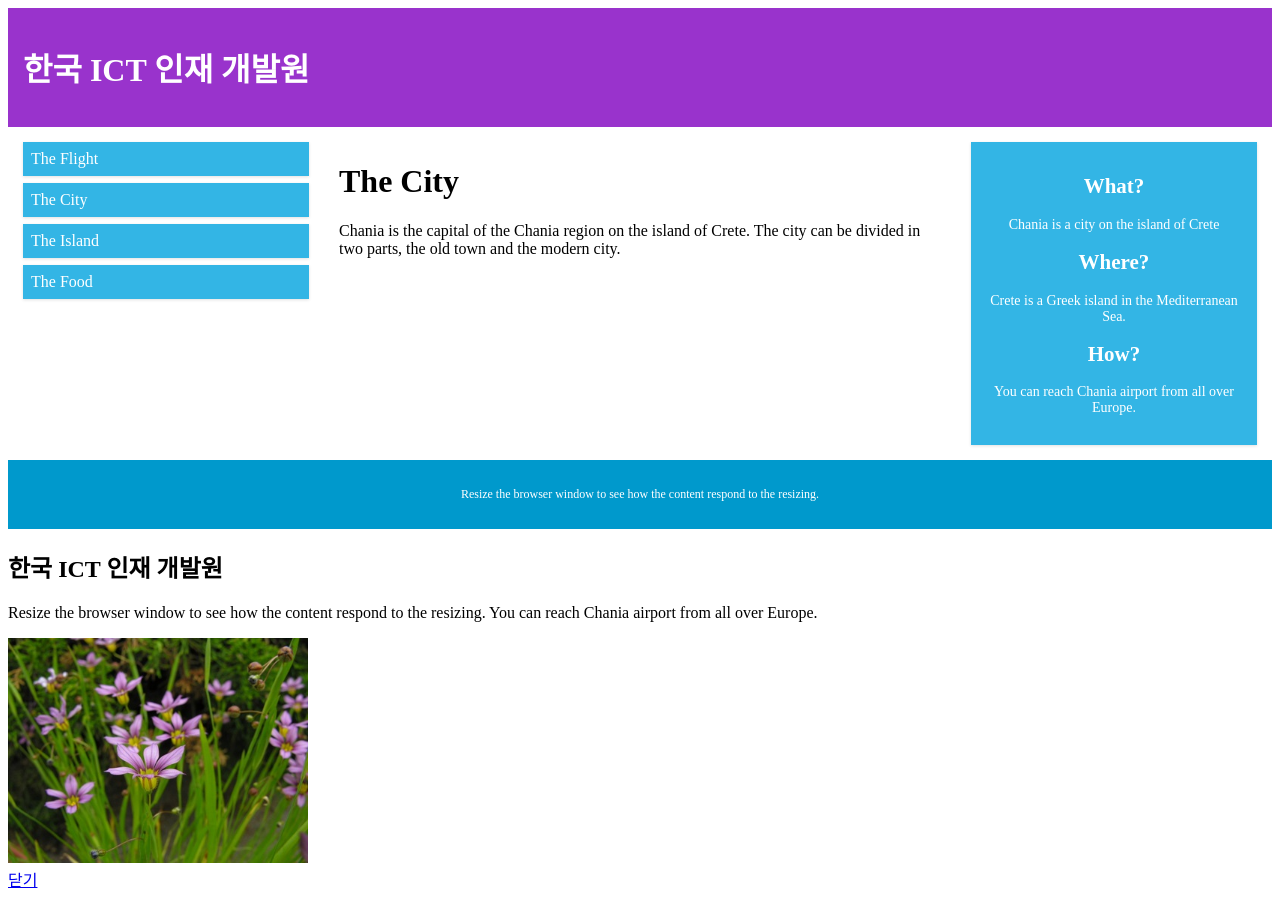
Repository: shinsil0601/webstudy
Page: 03_JavaScript/src/main/webapp/day02/ex18_event.html
An editor plug-in stored every save of this project. The page is shown before and after the next save, followed by the edit.
The browser window is 1280 px wide. The pictures show the whole page.

Above is the page before, as saved 2023-06-28 07:59:56.

After the next save:
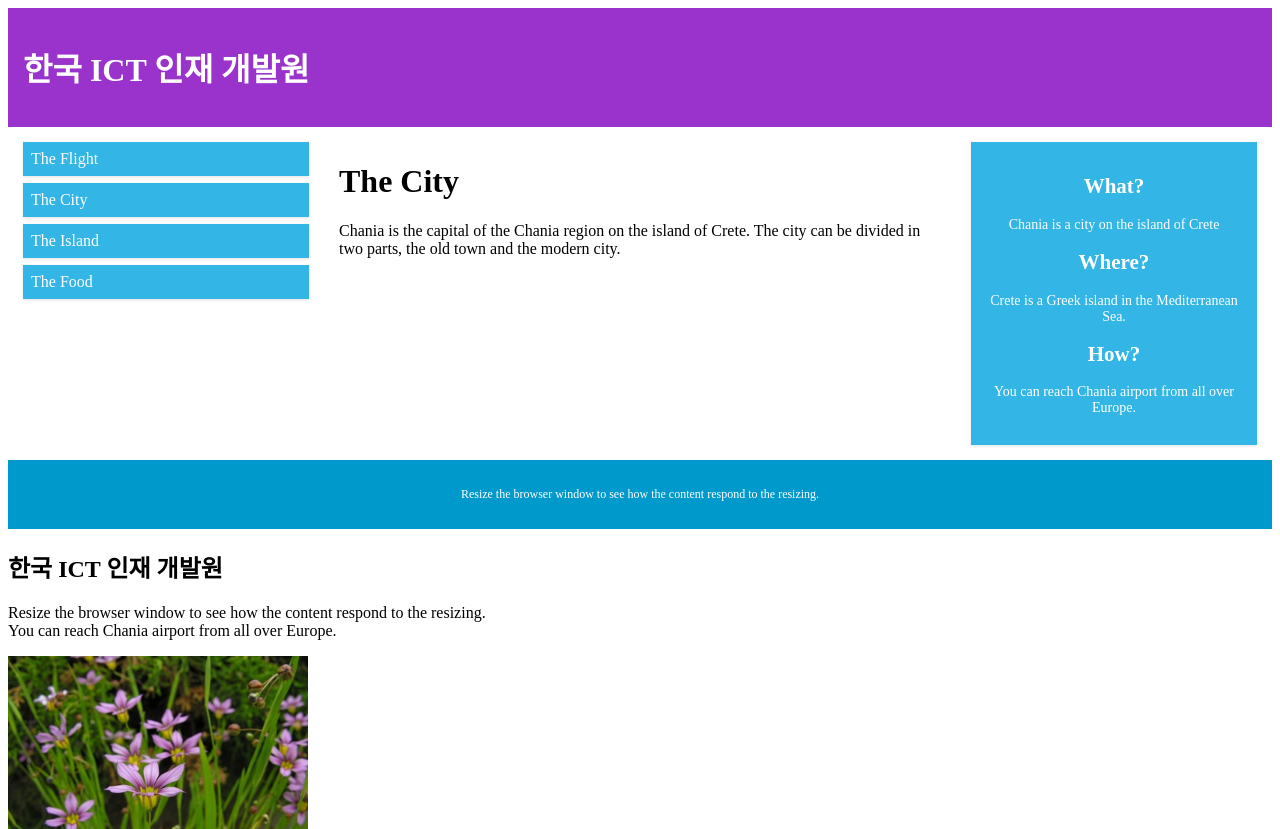
Saved 2 min 12 s later.
--- a/03_JavaScript/src/main/webapp/day02/ex18_event.html
+++ b/03_JavaScript/src/main/webapp/day02/ex18_event.html
@@ -74,6 +74,12 @@
 		  width: 100%;
 	   }
 	}
+	div#pupup{
+		width: 500px;
+		height: 300px;
+		position: absolute;
+		overflow: hidden;
+	}
 </style>
 </head>
 <body>

After the save that followed:
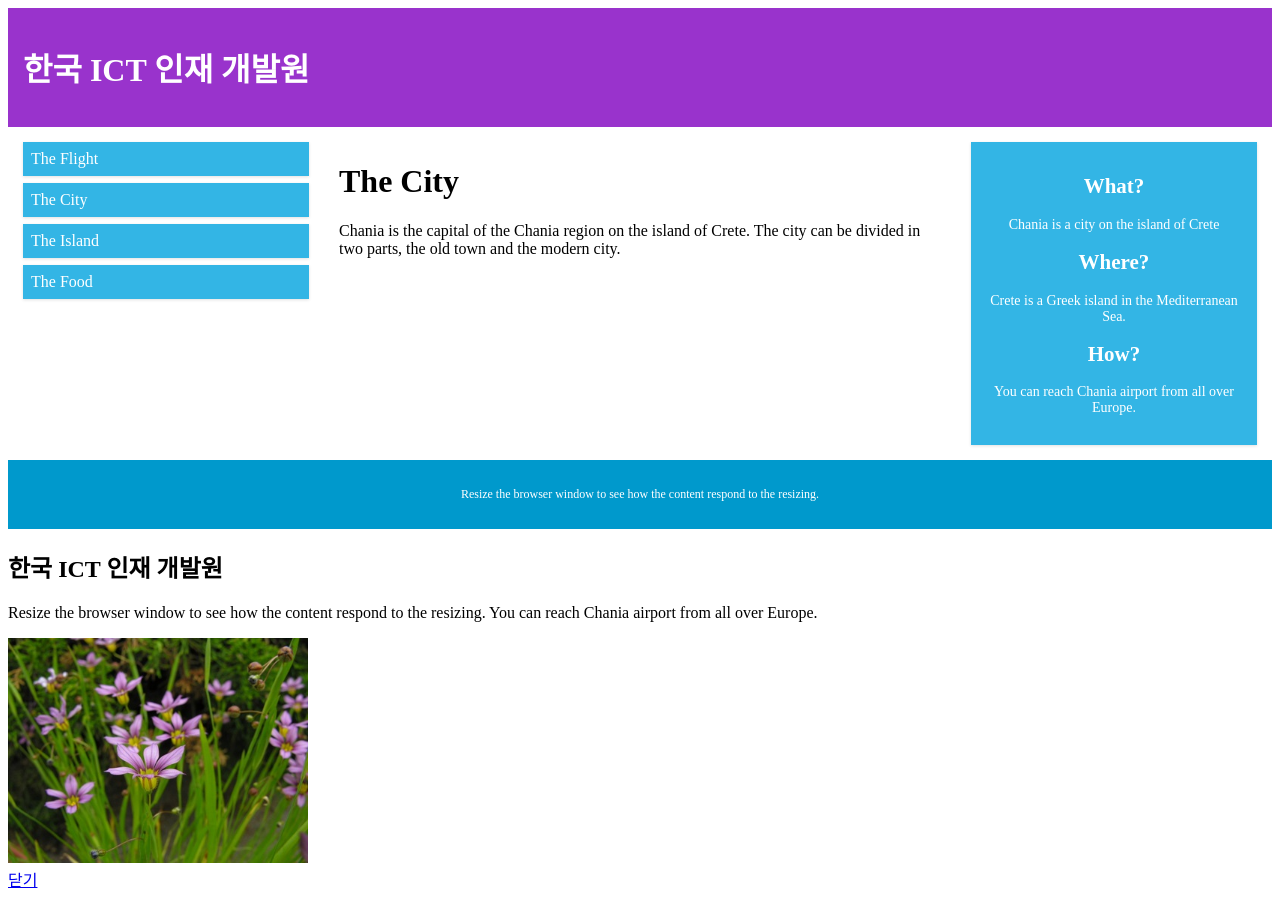
Saved 33 s later.
--- a/03_JavaScript/src/main/webapp/day02/ex18_event.html
+++ b/03_JavaScript/src/main/webapp/day02/ex18_event.html
@@ -114,7 +114,7 @@
 	<div class="footer">
 		<p>Resize the browser window to see how the content respond to the resizing.</p>
 	</div>
-	<div id="pupup">
+	<div id="popup">
 		<h2> 한국 ICT 인재 개발원 </h2>
 		<p>Resize the browser window to see how the content respond to the resizing.
 		You can reach Chania airport from all over Europe.</p>
